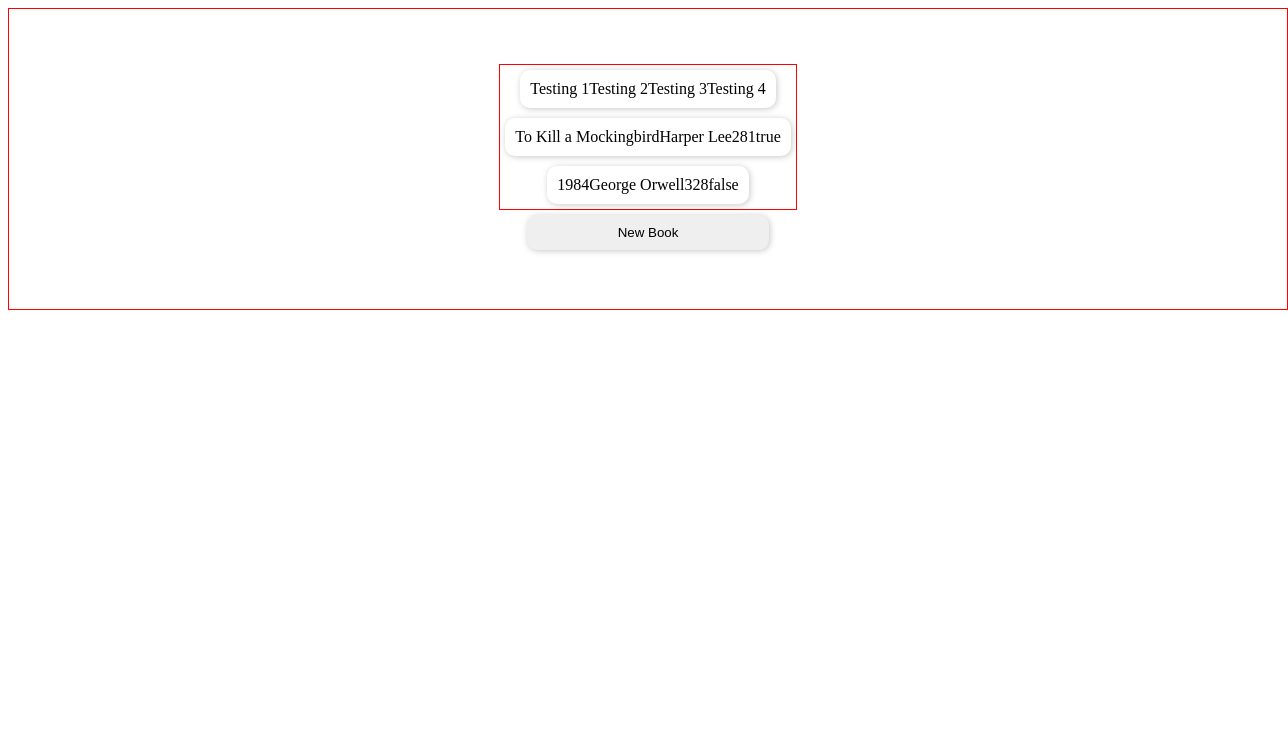
Repository: kocokoy/library
Page: index.html
These files come from the project's save history. The page is drawn as it stood at one moment and after the next save; the edit follows.
The browser window is 1280 px wide. The page is 1288 px wide, so the pictures cover 1288 px, including what lies to the right of the window. The pictures show the whole page.

Above is the page before, as saved 2024-11-05 16:45:23.

After the next save:
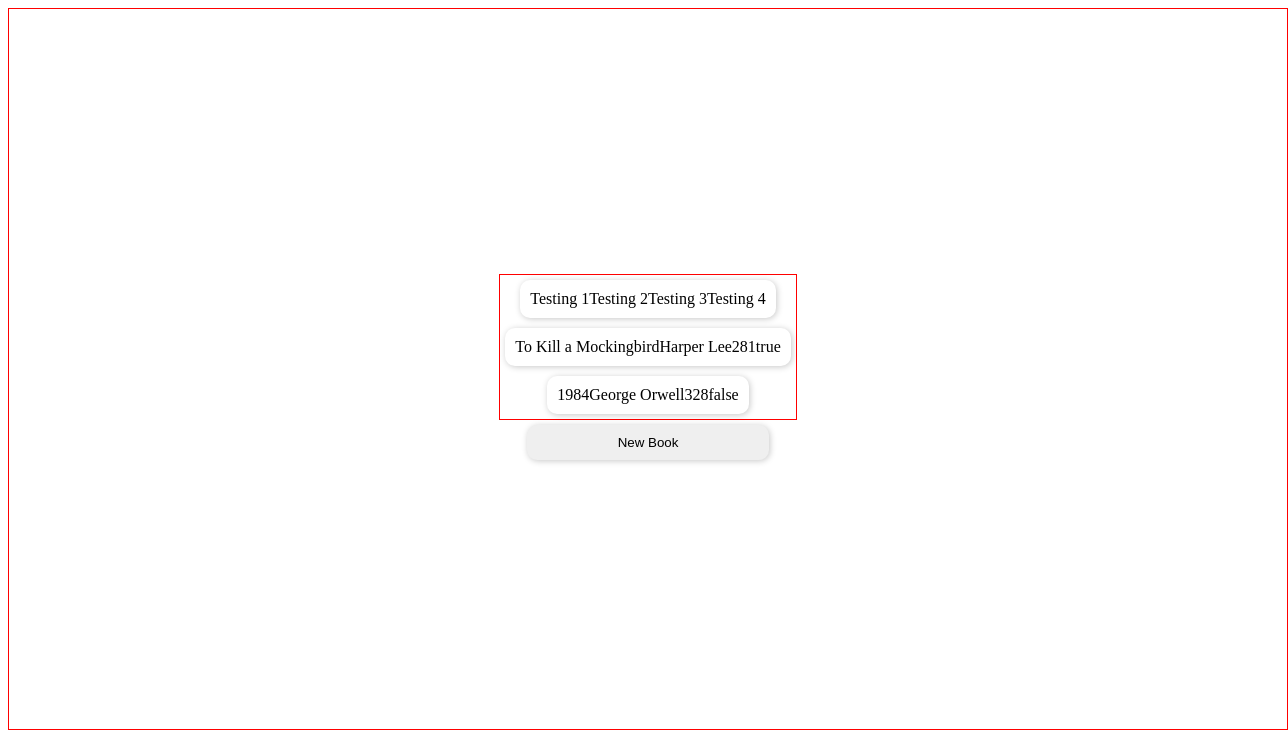
Saved 15 s later.
--- a/style.css
+++ b/style.css
@@ -8,7 +8,7 @@ body{
   justify-content: center;
   align-items: center;
   border: 1px solid red;
-  height: 300px;
+  height: 100%;
 }
 .book-display{
   display: flex;
